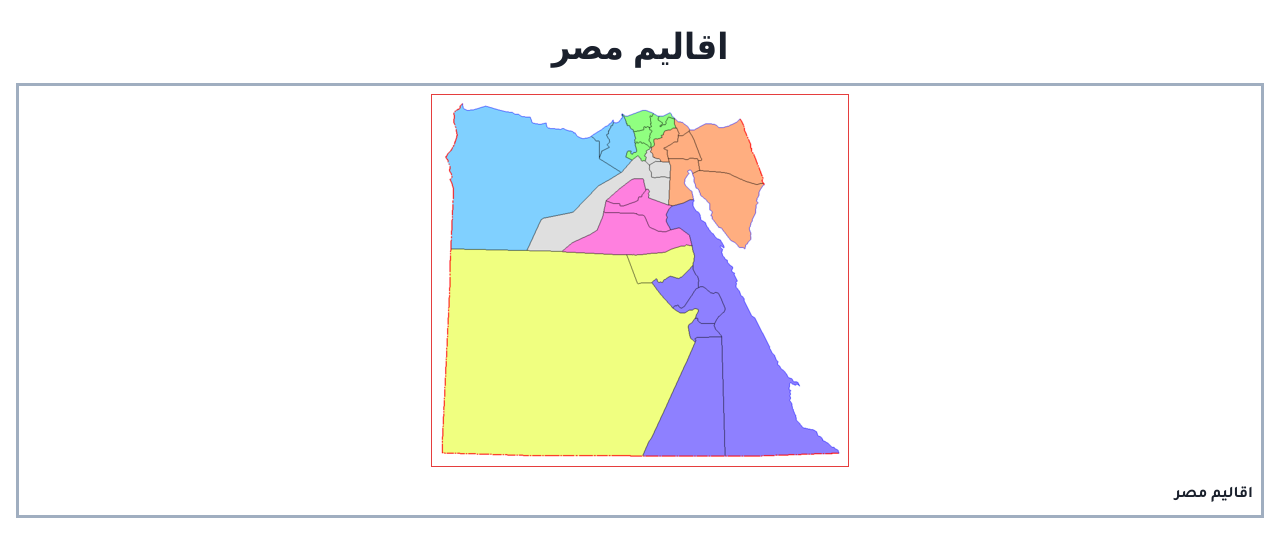
Repository: ahmed-mohamed-eng/egypt-gov-map
Page: /
The author's editor kept a copy of each file at every save. The page is drawn from the files as they stood at one save, then again after the next save.
The browser window is 1280 px wide. The pictures show the whole page.
Some web fonts or font styles are not loaded; a fallback is used. The project was rebuilt for these pictures with package versions that can differ from the ones it lists, and the page was loaded fresh each time. The framework's server and built-in components were replaced by stand-ins that run in the browser. Also part of the build but not shown: next.config.js.

Above is the page before, as saved 2022-05-28 14:13:22.

After the next save:
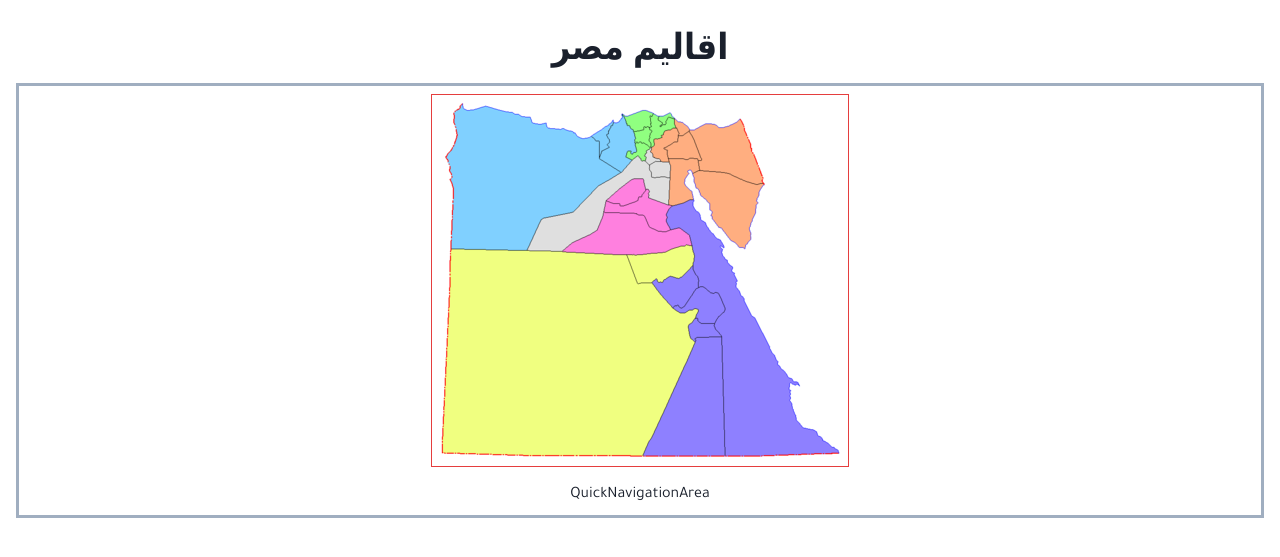
Saved 9 s later.
--- a/components/MainContentArea/QuickNavigationArea/QuickNavigationArea.tsx
+++ b/components/MainContentArea/QuickNavigationArea/QuickNavigationArea.tsx
@@ -1,26 +1,5 @@
-import { v4 as uuidV4 } from "uuid";
+import React from "react";
 
-import { Breadcrumb, BreadcrumbItem, BreadcrumbLink } from "@chakra-ui/react";
-
-export type BreadcrumbElement = {
-  url: string;
-  text: string;
+export const QuickNavigationArea = () => {
+  return <div>QuickNavigationArea</div>;
 };
-
-export interface QuickNavigationAreaProps {
-  breadcrumbItems: Array<BreadcrumbElement>;
-}
-
-export const QuickNavigationArea = (props: QuickNavigationAreaProps) => {
-  const breadcrumbItems = props.breadcrumbItems.map((item) => {
-    return (
-      <BreadcrumbItem key={uuidV4()}>
-        <BreadcrumbLink fontWeight="600" href={item.url}>
-          {item.text}
-        </BreadcrumbLink>
-      </BreadcrumbItem>
-    );
-  });
-
-  return <Breadcrumb w="full">{breadcrumbItems}</Breadcrumb>;
-};
